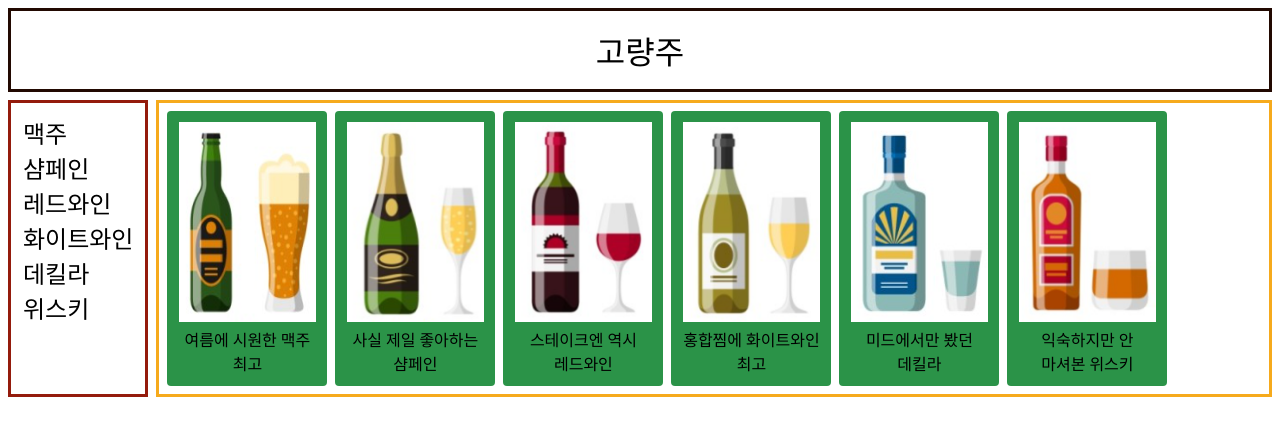
Repository: Jay-JYKim91/grj_2nd_week
Page: index.html
An editor plug-in stored every save of this project. The page is shown before and after the next save, followed by the edit.
The browser window is 1280 px wide. The pictures show the whole page.
Some web fonts or font styles are not loaded; a fallback is used.

Above is the page before, as saved 2022-05-03 15:11:15.

### index.html
<!DOCTYPE html>
<html lang="en">
<head>
    <meta charset="UTF-8">
    <meta http-equiv="X-UA-Compatible" content="IE=edge">
    <meta name="viewport" content="width=device-width, initial-scale=1.0">
    <title>Document</title>
    <link rel="stylesheet" href="./styles.css">
</head>
<body>
    <header>
        <span>고량주</span>
    </header>
    <main>
        <aside>
            <span>맥주</span>
            <span>샴페인</span>
            <span>레드와인</span>
            <span>화이트와인</span>
            <span>데킬라</span>
            <span>위스키</span>
        </aside>
        <section class="cards">
            <div class="card">
                <img src="./images/beer.png" alt="beer">
                <span>여름에 시원한 맥주 최고</span>
            </div>
            <div class="card">
                <img src="./images/champagne.png" alt="champagne">
                <span>사실 제일 좋아하는 샴페인</span>
            </div>
            <div class="card">
                <img src="./images/red_wine.png" alt="red_wine">
                <span>스테이크엔 역시 레드와인</span>
            </div>
            <div class="card">
                <img src="./images/white_wine.png" alt="white_wine">
                <span>홍합찜에 화이트와인 최고</span>
            </div>
            <div class="card">
                <img src="./images/tequila.png" alt="tequila">
                <span>미드에서만 봤던 데킬라</span>
            </div>
            <div class="card">
                <img src="./images/whiskey.png" alt="whiskey">
                <span>익숙하지만 안 마셔본 위스키</span>
            </div>
        </section>
    </main>
</body>
</html>

### styles.css
@import url("https://fonts.googleapis.com/css2?family=Hahmlet:wght@400;500&display=swap");

* {
  box-sizing: border-box;
  font-family: "Hahmlet", serif;
}

header {
  border: 3px solid #220901;
  padding: 0.5em;
  font-size: 2rem;
  text-align: center;
}

main {
  display: flex;
  margin: 0.5rem 0;
  gap: 0.5rem;
}

aside {
  display: flex;
  flex-direction: column;
  border: 3px solid #941b0c;
  padding: 0.5em;
  font-size: 1.5rem;
  min-width: max-content;
}

.cards {
  display: flex;
  flex-wrap: wrap;
  border: 3px solid #f6aa1c;
  padding: 0.5em;
  gap: 0.5em;
  overflow-y: scroll;
  width: 100%;
  max-height: 86vh;
}

.card {
  display: flex;
  flex-direction: column;
  background-color: #2b9348;
  padding: 0.7em;
  text-align: center;
  word-break: keep-all;
  height: fit-content;
  border-radius: 4px;
  width: 10rem;
}

.card img {
  height: 200px;
  margin-bottom: 0.3em;
}

@media only screen and (max-width: 600px) {
  .card {
    background-color: #ffff3f;
  }
}

@media only screen and (min-width: 601px) and (max-width: 768px) {
  .card {
    background-color: #d4d700;
  }
}

@media only screen and (min-width: 769px) and (max-width: 992px) {
  .card {
    background-color: #80b918;
  }
}

After the next save:
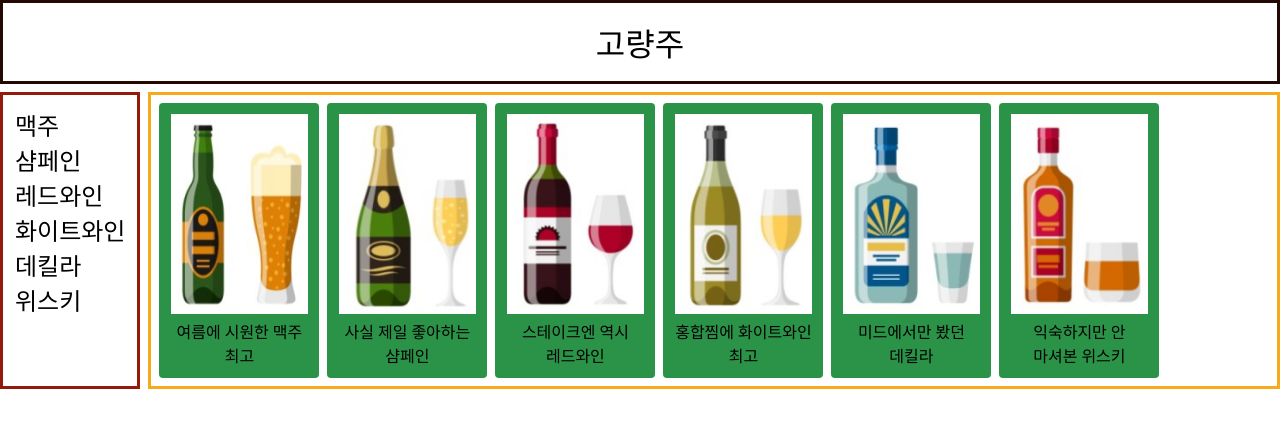
Saved 19 min 24 s later.
--- a/styles.css
+++ b/styles.css
@@ -3,6 +3,12 @@
 * {
   box-sizing: border-box;
   font-family: "Hahmlet", serif;
+}
+
+html,
+body {
+  height: 100%;
+  margin: 0;
 }
 
 header {
